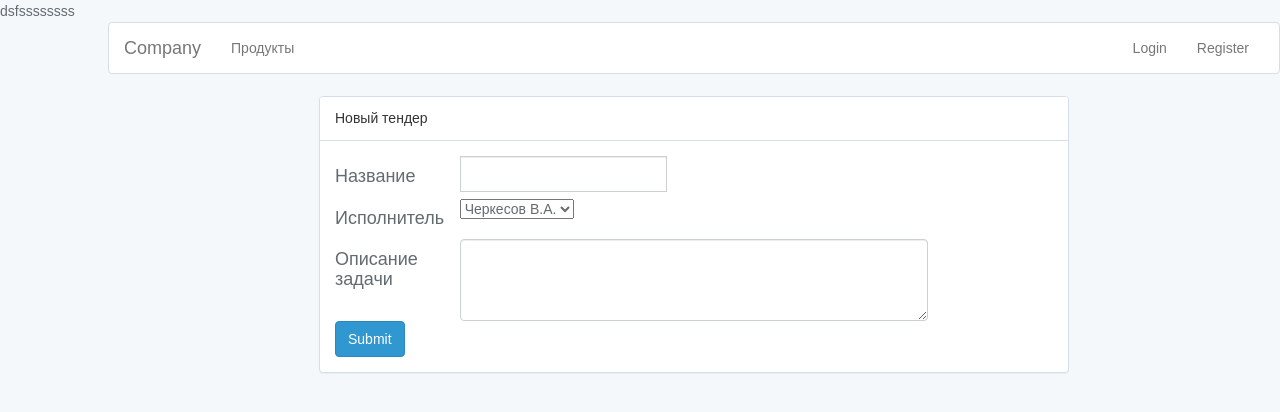
Repository: blackjack043/laravel-crud
Page: http://localhost/page2
The author's editor kept a copy of each file at every save. The page is drawn from the files as they stood at one save, then again after the next save.
The browser window is 1280 px wide. The pictures show the whole page.
Some web fonts or font styles are not loaded; a fallback is used. The page is served by the project's Laravel application, run on PHP 8.4 with Laravel 8. Other server files are loaded and not shown.

Above is the page before, as saved 2022-03-06 21:06:24.

### routes/web.php
<?php

/*
|--------------------------------------------------------------------------
| Web Routes
|--------------------------------------------------------------------------
|
| Here is where you can register web routes for your application. These
| routes are loaded by the RouteServiceProvider within a group which
| contains the "web" middleware group. Now create something great!
|
*/
use Illuminate\Http\Request;
use App\Contact12;


Route::get('/', function () {
    return view('welcome');
});

Route::get('/page2', function () {
    return view('page2');
});



Route::post('/profile', 'ContactController@submit');

Auth::routes();

Route::get('/home', 'HomeController@index');

Auth::routes();

Route::get('/home', 'HomeController@index');

### resources/views/page2.blade.php
@extends('layouts.app2')

@section('content')
<div class="container">
    <div class="row">
        <div class="col-md-8 col-md-offset-2">
            <div class="panel panel-default">
                <div class="panel-heading">Новый тендер</div>
                <div class="panel-body">


        @if($errors->any())
            <div style=>
            @foreach ($errors->all() as $error)
            <div >
                {{$error}}
            </div>
            @endforeach
            </div>
         @endif
<form  method="POST" action="/profile">
{{ csrf_field() }}

                <div class="row" >
  <div class="col-md-2" ><h4>Название</h4></div>
  <div class="col-md-10">
<div class="input-group" >
<input type="text" name="label" class="form-control"  aria-describedby="sizing-addon2">
                </div></div>
</div>

<div class="row">
  <div class="col-md-2"><h4>Исполнитель</h4></div>
  <div class="col-md-10">
    <select name="ispolnitel">
    <option value="cherkesov">Черкесов В.А.</option>
    <option value="matancev">Матанцев Е.Р.</option>
    </select>
</div>
</div>

<div class="row">
  <div class="col-md-2"><h4>Описание задачи</h4></div>
  <div class="col-md-8">
		<textarea name="text" class="form-control" rows="3"></textarea>
</div>



</div>
<input type="submit" class="btn btn-primary">
</form>






                </div>
            </div>
        </div>
    </div>
</div>
@endsection

### resources/views/layouts/app2.blade.php
<!DOCTYPE html>
<html lang="en">
<head>
    <meta charset="utf-8">
    <meta http-equiv="X-UA-Compatible" content="IE=edge">
    <meta name="viewport" content="width=device-width, initial-scale=1">

    <!-- CSRF Token -->
    <meta name="csrf-token" content="{{ csrf_token() }}">

    <title>{{ config('app.name', 'Laravel') }}</title>

    <!-- Styles -->
    <link href="/css/app.css" rel="stylesheet">

    <!-- Scripts -->
    <script>
        window.Laravel = <?php echo json_encode([
            'csrfToken' => csrf_token(),
        ]); ?>
    </script>
</head>
<body>
    <div id="app" >
        <div  >dsfssssssss</div>
        <div style="display:inline;float:right">
        <nav class="navbar navbar-default">
            <div class="container">
                <div class="navbar-header">

                    <!-- Collapsed Hamburger -->
                    <button type="button " class="navbar-toggle collapsed" data-toggle="collapse" data-target="#app-navbar-collapse">
                        <span class="sr-only">Toggle Navigation</span>
                        <span class="icon-bar"></span>
                        <span class="icon-bar"></span>
                        <span class="icon-bar"></span>
                    </button>

                    <!-- Branding Image -->
                    <a class="navbar-brand" href="{{ url('/') }}">
                      Company
                    </a>
                </div>

                <div class="collapse navbar-collapse" id="app-navbar-collapse">
                    <!-- Left Side Of Navbar -->
                    <ul class="nav navbar-nav">
                        &nbsp;
                        <li ><a href="#">Продукты</a></li>
                    </ul>

                    <!-- Right Side Of Navbar -->
                    <ul class="nav navbar-nav navbar-right">
                        <!-- Authentication Links -->
                        @if (Auth::guest())
                            <li><a href="{{ url('/login') }}">Login</a></li>
                            <li><a href="{{ url('/register') }}">Register</a></li>
                        @else
                            <li class="dropdown">
                                <a href="#" class="dropdown-toggle" data-toggle="dropdown" role="button" aria-expanded="false">
                                    {{ Auth::user()->name }} <span class="caret"></span>
                                </a>

                                <ul class="dropdown-menu" role="menu">
                                    <li>
                                        <a href="{{ url('/logout') }}"
                                            onclick="event.preventDefault();
                                                     document.getElementById('logout-form').submit();">
                                            Logout
                                        </a>

                                        <form id="logout-form" action="{{ url('/logout') }}" method="POST" style="display: none;">
                                            {{ csrf_field() }}
                                        </form>
                                    </li>
                                </ul>
                            </li>
                        @endif
                    </ul>
                </div>
            </div>
        </nav>

        @yield('content')
    </div>
    </div>
    <!-- Scripts -->
    <script src="/js/app.js"></script>
</body>
</html>

Loaded but not shown: app/Http/Controllers/Auth/LoginController.php (common file); app/Http/Controllers/Controller.php (common file); public/css/app.css (library); public/js/app.js (library)

After the next save:
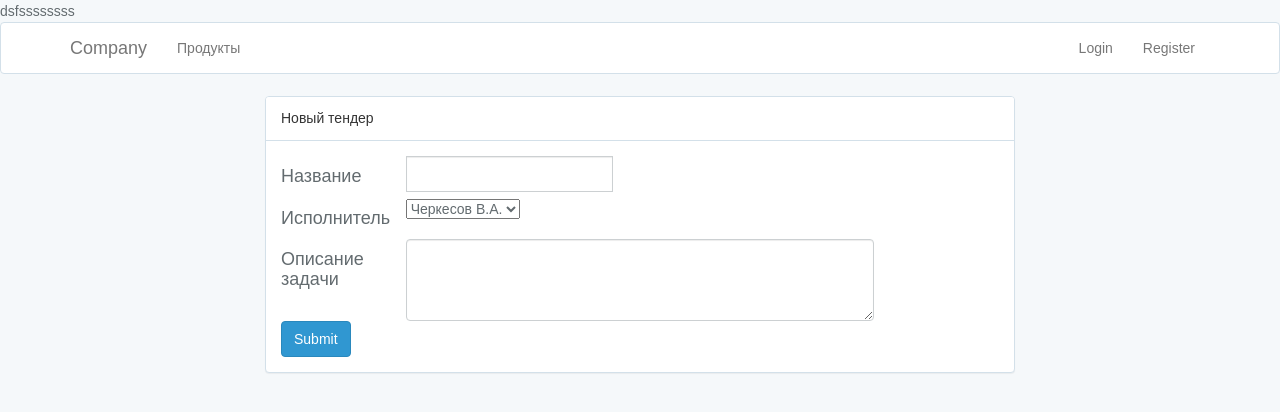
Saved 32 s later.
--- a/resources/views/layouts/app2.blade.php
+++ b/resources/views/layouts/app2.blade.php
@@ -22,8 +22,8 @@
 </head>
 <body>
     <div id="app" >
-        <div  >dsfssssssss</div>
-        <div style="display:inline;float:right">
+        <div >dsfssssssss</div>
+        <div style="display:inline;">
         <nav class="navbar navbar-default">
             <div class="container">
                 <div class="navbar-header">
